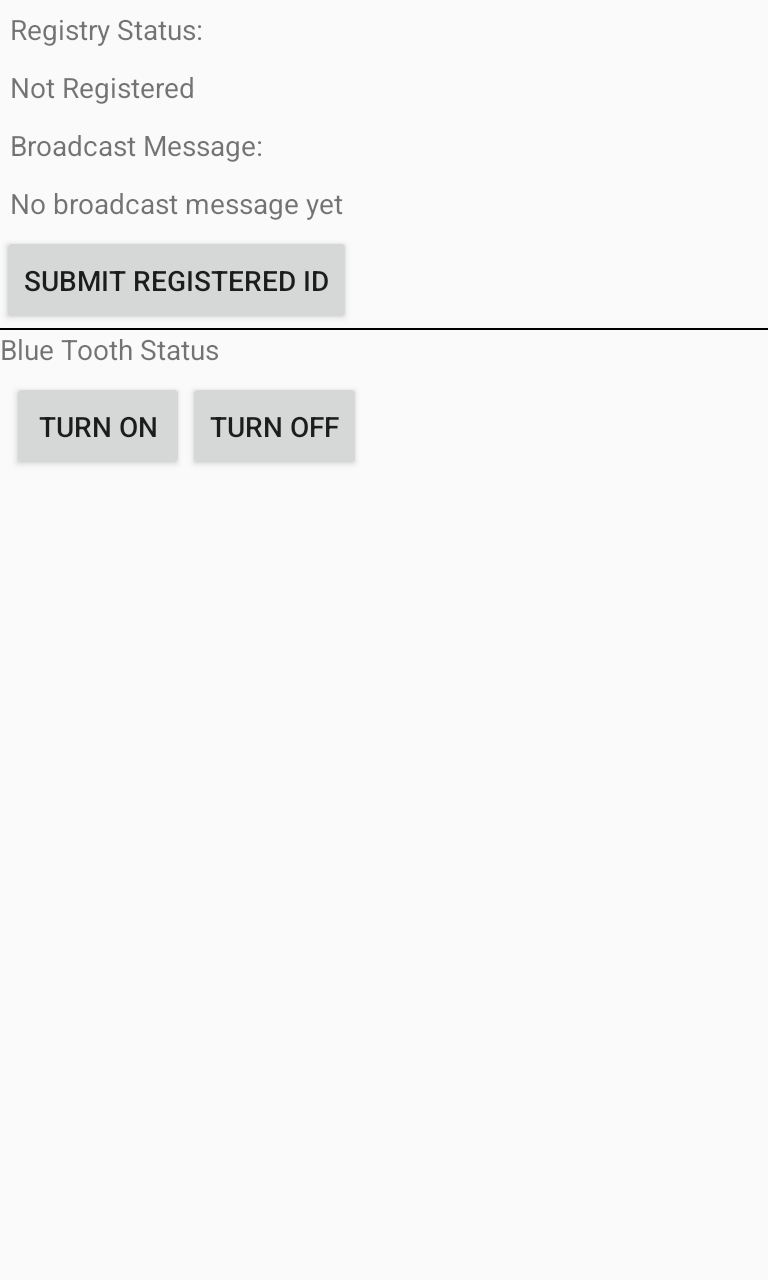
Repository: AlanTai/prjAppIntegration
Layout: prjCandyHouse/res/layout/activity_main.xml
An editor plug-in stored every save of this project. The layout is shown before and after the next save, followed by the edit.
It is drawn on a 768 x 1280 px phone screen (xhdpi) without system bars, with theme AppTheme; the app's code is not run.

Above is the layout before, as saved 2014-11-09 17:37:55.

### prjCandyHouse/res/layout/activity_main.xml
<LinearLayout
    xmlns:android="http://schemas.android.com/apk/res/android"
    xmlns:tools="http://schemas.android.com/tools"
    android:layout_width="match_parent"
    android:layout_height="match_parent"
    android:orientation="vertical">

    <TextView
        android:id="@+id/tvRegStatus"
        android:layout_width="match_parent"
        android:layout_height="wrap_content"
        android:padding="5dp"
        android:text="@string/registryStatus" />

    <TextView
        android:id="@+id/tvRegStatusResult"
        android:layout_width="match_parent"
        android:layout_height="wrap_content"
        android:padding="5dp"
        android:text="@string/registryStatusResult"/>

    <TextView
        android:id="@+id/tvMessageLabel"
        android:layout_width="match_parent"
        android:layout_height="wrap_content"
        android:padding="5dp"
        android:text="@string/broadcastLabel"/>

    <TextView
        android:id="@+id/tvMessage"
        android:layout_width="match_parent"
        android:layout_height="wrap_content"
        android:padding="5dp"
        android:text="@string/broadcastResult"/>

    <Button
        android:id="@+id/btnSubmitRegId"
        android:layout_width="wrap_content"
        android:layout_height="wrap_content"
        android:text="@string/btnSubmitRegId"/>

    <TextView
        android:layout_height="1dp"
        android:layout_width="match_parent"
        android:background="#000"
        android:padding="2dp"/>

    <TextView
        android:id="@+id/txtBluetoothStatus"
        android:layout_height="wrap_content"
        android:layout_width="wrap_content"
        android:text="@string/txtBluetoothStatus"/>

    <LinearLayout
        android:layout_width="match_parent"
        android:layout_height="wrap_content"
        android:orientation="horizontal"
        android:padding="5dp">

        <Button
            android:id="@+id/btnTurnOn"
            android:layout_width="wrap_content"
            android:layout_height="wrap_content"
            android:text="@string/btnTurnOn"/>

        <Button
            android:id="@+id/btnTurnOff"
            android:layout_width="wrap_content"
            android:layout_height="wrap_content"
            android:text="@string/btnTurnOff"/>

    </LinearLayout>

    <LinearLayout
        android:layout_width="match_parent"
        android:layout_height="wrap_content"
        android:orientation="vertical"
        android:padding="5dp"></LinearLayout>

</LinearLayout>

### prjCandyHouse/res/values/strings.xml
<?xml version="1.0" encoding="utf-8"?>
<resources>

    <string name="app_name">appCandyHouse</string>
    <string name="hello_world">Hello world!</string>
    <string name="action_settings">Settings</string>

    <string name="registryStatus">Registry Status:</string>
    <string name="registryStatusResult">Not Registered</string>
    <string name="broadcastLabel">Broadcast Message:</string>
    <string name="broadcastResult">No broadcast message yet</string>
    <string name="btnSubmitRegId">Submit Registered ID</string>

    <string name="txtBluetoothStatus">Blue Tooth Status</string>
    <string name="btnTurnOn">Turn On</string>
    <string name="btnTurnOff">Turn Off</string>
    <string name="pairedList">Paired List</string>

</resources>

Loaded but not shown: prjCandyHouse/res/values/styles.xml (common file); prjCandyHouse/res/values-v11/styles.xml (common file); prjCandyHouse/res/values-v14/styles.xml (common file)

After the next save:
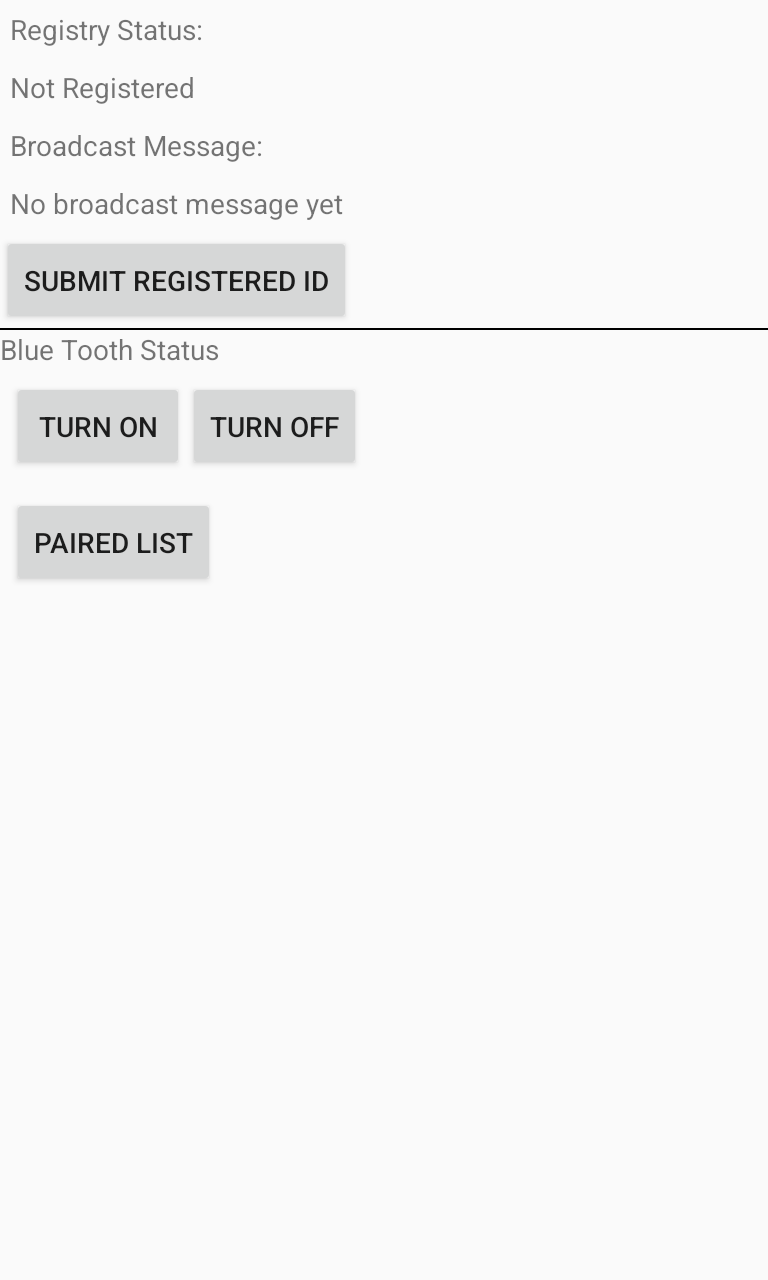
Saved 4 s later.
--- a/prjCandyHouse/res/layout/activity_main.xml
+++ b/prjCandyHouse/res/layout/activity_main.xml
@@ -75,6 +75,14 @@
         android:layout_width="match_parent"
         android:layout_height="wrap_content"
         android:orientation="vertical"
-        android:padding="5dp"></LinearLayout>
+        android:padding="5dp">
+
+        <Button
+            android:id="@+id/btnPaired"
+            android:layout_width="wrap_content"
+            android:layout_height="wrap_content"
+            android:text="@string/pairedList"/>
+
+    </LinearLayout>
 
 </LinearLayout>
